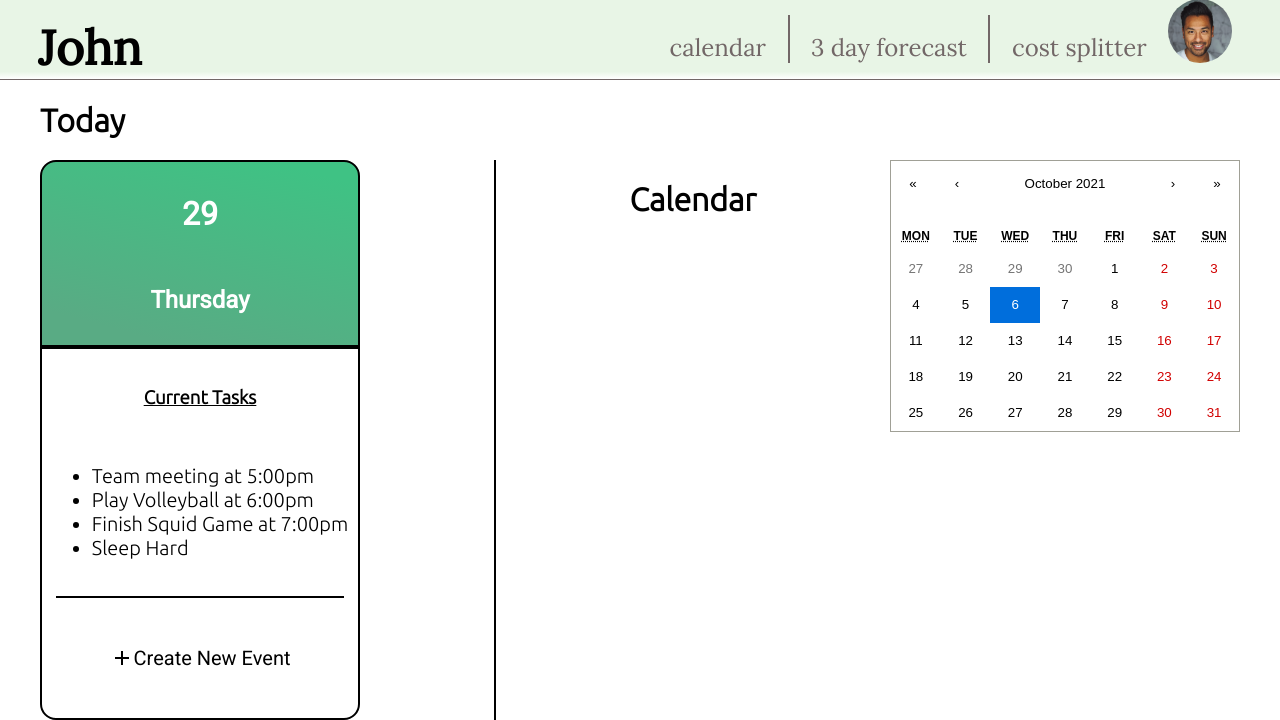
Repository: wilyyy/John
Page: /calendar (app in john-app/)
The author's editor kept a copy of each file at every save. The page is drawn from the files as they stood at one save, then again after a run of saves.
The browser window is 1280 px wide. The pictures show the whole page.
The project was rebuilt for these pictures with package versions that can differ from the ones it lists, and the page was loaded fresh each time. The framework's server and built-in components were replaced by stand-ins that run in the browser. Also part of the build but not shown: john-app/next.config.js.

Above is the page before, as saved 2021-10-06 23:09:34.

After the next 2 saves:
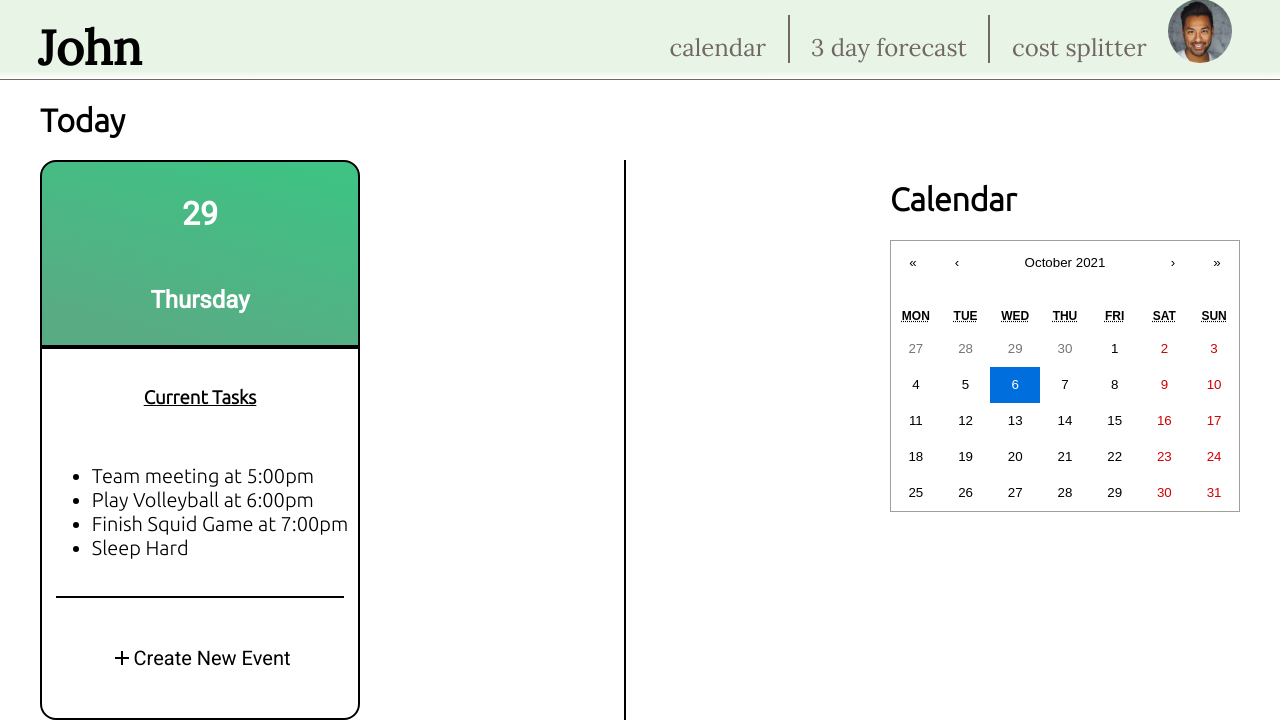
The 2 saves are shown as one change because they came seconds apart.
The last was saved 83 s later.
--- a/john-app/pages/calendar.js
+++ b/john-app/pages/calendar.js
@@ -48,8 +48,10 @@ export default function Calendar(){
                 <CalendarPageRow>
                     <TaskCard />
                     <Divider />
-                    <h1>Calendar</h1>
-                    <JohnCalendar />
+                    <CalendarWithHeader>
+                        <h1>Calendar</h1>
+                        <JohnCalendar />
+                    </CalendarWithHeader>
                 </CalendarPageRow>
             </CalendarPageCont>
         </CalendarCont>
